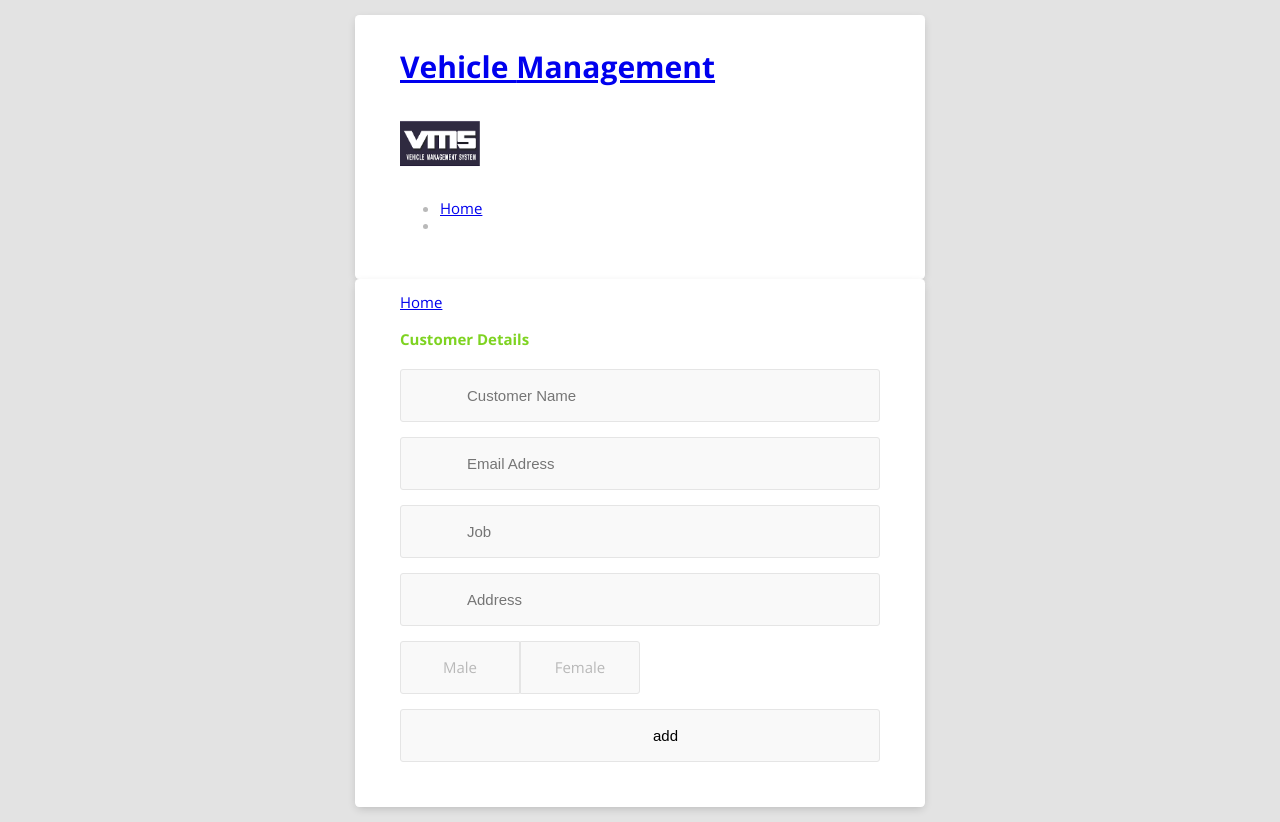
Repository: karthik-H/vms
Page: http://localhost/vms/customer-add.jsp
An editor plug-in stored every save of this project. The page is shown before and after the next save, followed by the edit.
The browser window is 1280 px wide. The pictures show the whole page.
The page is served by Tomcat 9.

Above is the page before, as saved 2019-01-26 18:48:17.

After the next save:
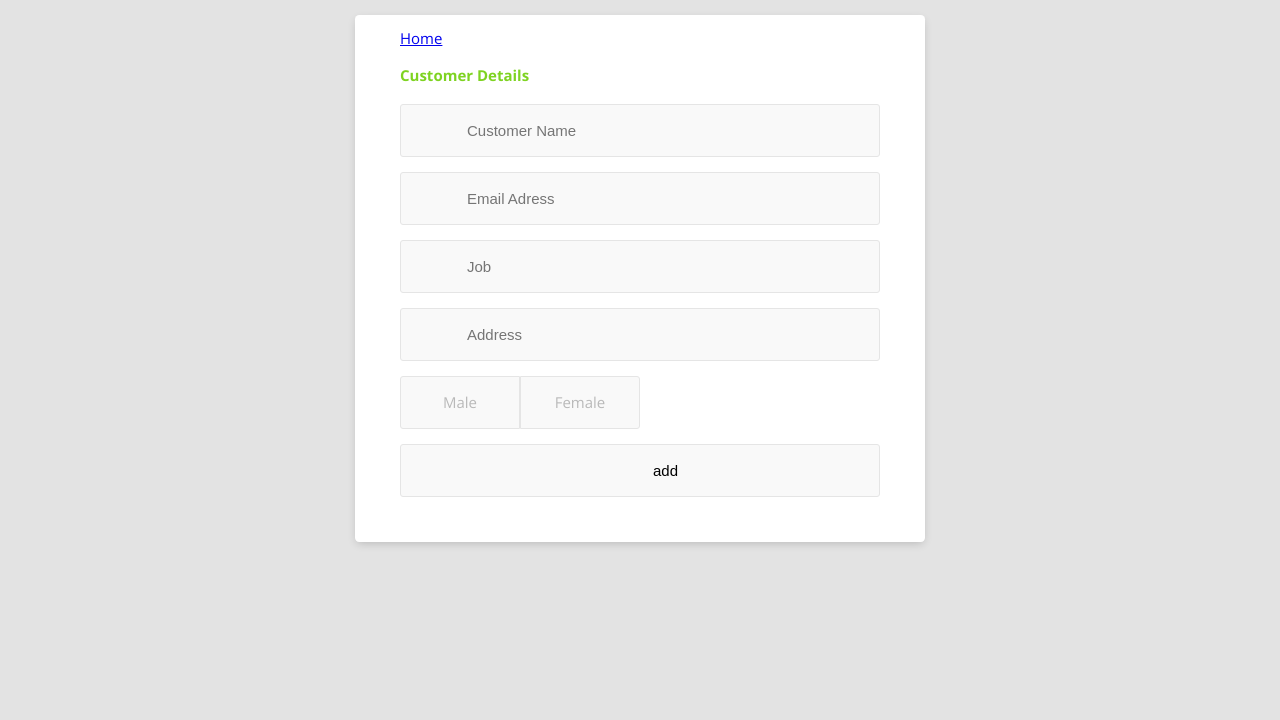
Saved 43 s later.
--- a/Vehicle/vms/src/main/webapp/customer-add.jsp
+++ b/Vehicle/vms/src/main/webapp/customer-add.jsp
@@ -16,34 +16,6 @@
 </head>
 
 <body>
-<div class="header_bg">
-   <div class="container">
-	<div class="header">
-	  <div class="head-t">
-		 <div class="logo">
-			  <a href="index.jsp"><h1>Vehicle <span>Management</span></h1> </a>
-		  </div>
-		  <div class="header_right">
-			<div class="cart box_1">
-				<div>
-				<a  href="index.jsp"><img src="images/logo.png" width="80px" height="80px" /></a></div>
-				<div class="clearfix"> </div>
-			</div>
-		</div>
-		<div class="clearfix"></div>
-	    </div>
-		<!--start-header-menu-->
-		<ul class="megamenu skyblue">
-			<li class="active grid"><a class="color1" href="index.jsp">Home</a></li>
-                <li>
-				<form action="#" method="post">
-				</form>
-				</li>
-			</li>
-		 </ul>
-	</div>
-</div>
-</div>
 <div class="container">
 <a href="home.jsp">Home</a>
   <form method="post" action="Customer_Add">
